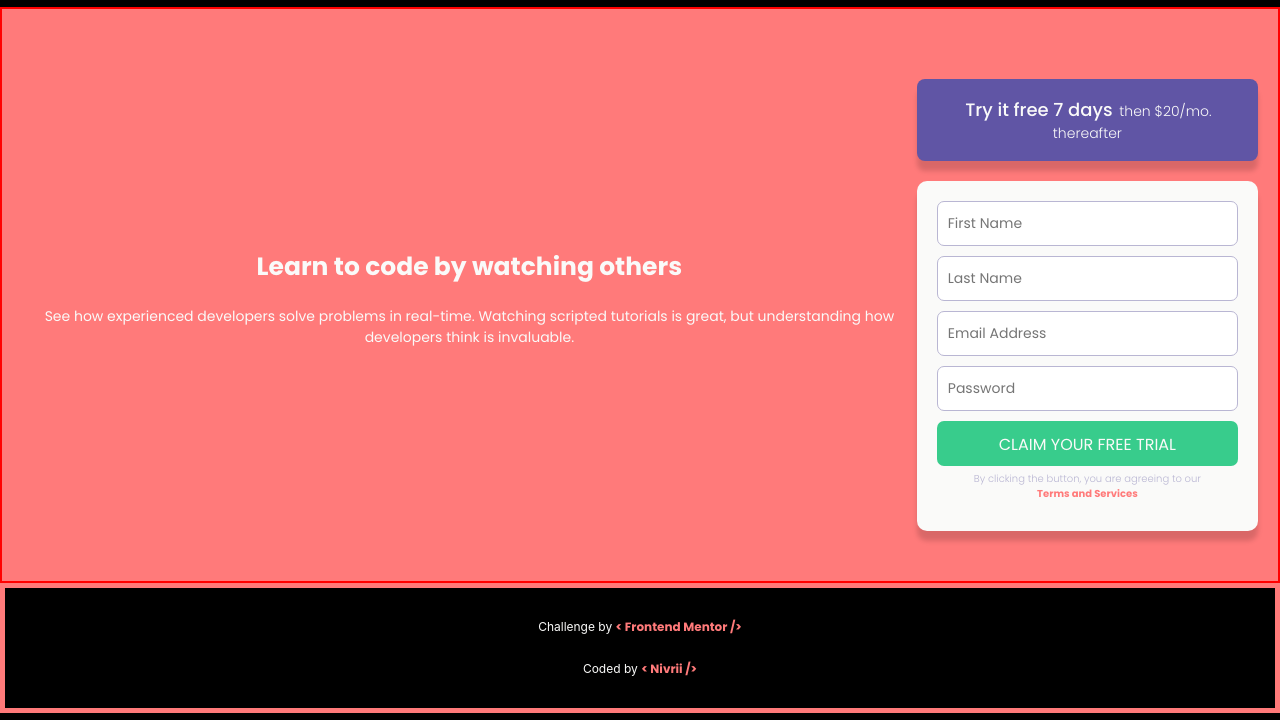
Repository: nivrii/intro-component-with-signup
Page: /
An editor plug-in stored every save of this project. The page is shown before and after the next save, followed by the edit.
The browser window is 1280 px wide. The pictures show the whole page.
The project was rebuilt for these pictures with package versions that can differ from the ones it lists, and the page was loaded fresh each time. Also part of the build but not shown: vite.config.js.

Above is the page before, as saved 2023-10-20 20:45:36.

### src/App.jsx
import Container from "./Container/Container";
import { Footer } from "./Footer/Footer";

import "./App.css";
import { useState } from "react";

function App() {
  const [userArray, setUserArray] = useState({});
  return (
    <div className="UI">
      <Container userArray={userArray} setUserArray={setUserArray} />
      <Footer />
    </div>
  );
}

export default App;

### src/Container/Container.jsx
/* eslint-disable react/prop-types */
import { Form } from "./Form/Form";
import { Card } from "./Card/Card";
import { Content } from "./Content/Content";

const Container = (props) => {
  const { userArray, setUserArray } = props;
  return (
    <div className="container">
      <Content />
      <div className="media__container">
        <Card />
        <Form userArray={userArray} setUserArray={setUserArray} />
      </div>
    </div>
  );
};
export default Container;

### src/Footer/Footer.jsx
import "./Footer.css";
export function Footer() {
  const frontend = '< Frontend Mentor />';
  const coder = "< Nivrii />";
  return (
    <footer>
      <p className="attribution">
        Challenge by{" "}
        <a
          href="https://www.frontendmentor.io?ref=challenge"
          target="_blank"
          rel="noreferrer"
        >
          {frontend}
        </a>
        </p>
        <p className="attribution">
         Coded by{" "}
        <a href="https://github.com/nivrii/intro-component-with-signup">
          {coder}
        </a>
      </p>
    </footer>
  );
}

### src/App.css
* {
  box-sizing: border-box;
  border: 0;
  padding: 0;
}
:root {
  /*Primary colors*/
  --red: hsl(0, 100%, 74%);
  --green: hsl(154, 59%, 51%);
  /*Accent colors*/
  --blue: hsl(248, 32%, 49%);
  --white: #fafaf9;
  /*Neutral colors*/
  --dark-blue: hsl(249, 10%, 26%);
  --grayish-blue: hsl(246, 25%, 77%);
  /*typography*/
  --fSize: 14px;
  --w4: 400;
  --w5: 500;
  --w6: 600;
  --w7: 700;
}
@font-face {
  font-family: "Poppins-bold";
  src: url(./assets/Fonts/poppins/Poppins-Bold.otf) format("opentype");
}
@font-face {
  font-family: "Poppins-regular";
  src: url(./assets/Fonts/poppins/Poppins-Regular.otf) format("opentype");
}
@font-face {
  font-family: "Poppins-medium";
  src: url(./assets/Fonts/poppins/Poppins-Medium.otf) format("opentype");
}
@font-face {
  font-family: "Poppins-light";
  src: url(./assets/Fonts/poppins/Poppins-Light.otf) format("opentype");
}
body {
  background-color: #000;
}
.UI {
  display: flex;
  flex-direction: column;
}
.container {
  display: flex;
  flex-direction: column;
  align-items: center;
  justify-content: center;
  width: 100%;
  min-height: 80vh;
  background-color: var(--red);
  padding: 50px 20px 70px;
  margin: 0;
  border: 1px solid var(--red);
}
.close {
  display: none;
}
@media screen and (min-width: 768px) {
  .container {
    flex-direction: row;
    justify-content: space-between;
    padding: 20px;
    border:2px solid red;
  }
}

### src/Container/Form/Form.jsx
/* eslint-disable no-useless-escape */
/* eslint-disable react/prop-types */
import "./Form.css";
import Success from "./Success/Success";
import { useEffect, useState } from "react";
import errorIcon from "../../../public/images/icon-error.svg";

export function Form({ userArray, setUserArray }) {
  const [fName, setFName] = useState("");
  const [lName, setLName] = useState("");
  const [email, setEmail] = useState("");
  const [password, setPassword] = useState("");

  const [fNameEmpty, setFNameEmpty] = useState(false);
  const [lNameEmpty, setLNameEmpty] = useState(false);
  const [emailEmpty, setEmailEmpty] = useState(false);
  const [emailPass, setEmailPass] = useState(false);
  const [passEmpty, setPassEmpty] = useState(false);

  const handleFirstName = (e) => {
    e.preventDefault();
    let value = e.target.value;
    value === "" ? setFNameEmpty(true) : setFNameEmpty(false);
    setFName(value);
  };
  const handleLastName = (e) => {
    e.preventDefault();
    let value = e.target.value;
    value === "" ? setLNameEmpty(true) : setLNameEmpty(false);
    setLName(value);
  };
  const handleEmail = (e) => {
    e.preventDefault();
    let value = e.target.value.trim();
    if (value === "") {
      document.querySelector(".email-input").classList.add("input-error");
      setEmailEmpty(true);
    } else {
      setEmailEmpty(false);
    }
    const regex = /^[a-zA-Z0-9._%+-]+@[a-zA-Z0-9-]+\.[a-zA-Z]{2,6}$/;
    if (!email.match(regex)) {
      document.querySelector(".email-input").classList.add("input-error");
      document.querySelector(".miss-email").classList.remove("close");
      document.querySelector(".miss-email").classList.add("err");
      setEmailPass(false);
    } else {
      document.querySelector(".email-input").classList.remove("input-error");
      document.querySelector(".miss-email").classList.add("close");
      document.querySelector(".miss-email").classList.remove("err");
      setEmailPass(true);
    }
    setEmail(value);
  };

  const handlePassword = (e) => {
    e.preventDefault();
    let value = e.target.value;
    value === "" ? setPassEmpty(true) : setPassEmpty(false);
    setPassword(value);
  };
  const handleSubmit = (e) => {
    e.preventDefault();
    if (fName === "") {
      setFNameEmpty(true);
      document.querySelector(".fName-input").classList.add("input-error");
      return;
    }
    if (lName === "") {
      setLNameEmpty(true);
      document.querySelector(".lName-input").classList.add("input-error");
      return;
    }
    if (email === "") {
      setEmailEmpty(true);
      document.querySelector(".email-input").classList.add("input-error");
      return;
    }
    if (!emailPass) {
      document.querySelector(".email-input").classList.add("input-error");
      setEmailEmpty(false);
      return;
    }
    if (password === "") {
      setPassEmpty(true);
      document.querySelector(".password-input").classList.add("input-error");
      return;
    } else {
      setEmailPass(true);
      setUserArray({
        fName: fName,
        lName: lName,
        email: email,
      });
      setFName("");
      setEmail("");
      setLName("");
      setPassword("");
      document.querySelector("form").classList.add("close");
      document.querySelector(".card__content").classList.add("close");
      document.querySelector(".content").classList.add("close");
      document.querySelector(".success").classList.remove("close");
    }
  };
  useEffect(() => {
    console.log(userArray);
  }, [userArray]);

  return (
    <>
      <form
        action="submit"
        className="form"
        onSubmit={(e) => e.preventDefault()}
      >
        <div className="input-enclose">
          {fNameEmpty && (
            <img src={errorIcon} alt="error-icon" className="error-icon" />
          )}
          <input
            type="text"
            placeholder="First Name"
            value={fName}
            name={fName}
            className="input fName-input"
            onChange={(e) => handleFirstName(e)}
            onKeyDown={() =>
              document
                .querySelector(".fName-input")
                .classList.remove("input-error")
            }
          />
          <div className="err-enclose">
            {fNameEmpty && (
              <div className=" err err-fName">First Name Cannot Be Empty</div>
            )}
          </div>
        </div>

        <div className="input-enclose">
          {lNameEmpty && (
            <img src={errorIcon} alt="error-icon" className="error-icon" />
          )}
          <input
            type="text"
            placeholder="Last Name"
            value={lName}
            name={lName}
            className="input lName-input"
            onChange={(e) => handleLastName(e)}
            onKeyDown={() =>
              document
                .querySelector(".lName-input")
                .classList.remove("input-error")
            }
          />
          <div className="err-enclose">
            {lNameEmpty && (
              <div className=" err err-lName">Last Name Cannot Be Empty</div>
            )}
          </div>
        </div>

        <div className="input-enclose">
          {emailEmpty && (
            <img src={errorIcon} alt="error-icon" className="error-icon" />
          )}

          <input
            type="email"
            placeholder="Email Address"
            value={email}
            name={email}
            className="input email-input"
            onChange={(e) => handleEmail(e)}
            onKeyDown={() => {
              document
                .querySelector(".email-input")
                .classList.remove("input-error");
              document.querySelector(".miss-email").classList.add("close");
            }}
          />
          <div className="err-enclose">
            {emailEmpty && (
              <div className="err err-email">Email Cannot Be Empty</div>
            )}
            <div className="miss-email close">
              That does not look like an email
            </div>
          </div>
        </div>

        <div className="input-enclose">
          {passEmpty && (
            <img src={errorIcon} alt="error-icon" className="error-icon" />
          )}
          <input
            type="password"
            placeholder="Password"
            value={password}
            name={password}
            className="input password-input"
            onChange={(e) => handlePassword(e)}
            onKeyDown={() =>
              document
                .querySelector(".password-input")
                .classList.remove("input-error")
            }
          />
          <div className="err-enclose">
            {passEmpty && (
              <div className="  err err-password">Password Cannot Be Empty</div>
            )}
          </div>
        </div>

        <button type="submit" className="btn" onClick={(e) => handleSubmit(e)}>
          Claim your free trial
        </button>
        <div className="pWrap">
          <p>By clicking the button, you are agreeing to our</p>
          <p>Terms and Services</p>
        </div>
      </form>
      <Success userArray={userArray} />
    </>
  );
}

### src/Container/Card/Card.jsx
import "./Card.css";
export function Card() {
  return (
      <div className="card__content">
        <p><span>Try it free 7 days </span>
        then $20/mo. thereafter</p>
      </div>
  );
}

### src/Container/Content/Content.jsx
import "./Content.css";
export function Content() {
  return (
    <div className="content">
      <h4>Learn to code by watching others</h4>
      <p>
        See how experienced developers solve problems in real-time. Watching
        scripted tutorials is great, but understanding how developers think is
        invaluable.
      </p>
    </div>
  );
}

### src/Footer/Footer.css
@import url(../App.css);

footer {
  display: flex;
  flex-direction: column;
  align-items: center;
  justify-content: center;
  width: 100%;
  height: 18vh;
  background-color: #000;
  padding: 5px;
  border: 5px solid var(--red);
  margin-top: auto;
  & .attribution {
    color: var(--white);
    font-family: "Poppins-light" sans-serif;
    font-size: 12px;
    & a {
      color: var(--red);
      font-family: "Poppins-bold", sans-serif;
      text-decoration: none;
      &:hover {
        color: var(--white);
        text-decoration: line-through;
      }
    }
  }
}

### src/Container/Form/Form.css
@import url(../../App.css);
.close {
  display: none;
}
.form {
  display: flex;
  flex-direction: column;
  background-color: var(--white);
  width: 100%;
  margin-top: 15px;
  padding: 20px;
  gap: 10px;
  border-radius: 10px;
  box-shadow: 0 10px 5px rgba(0, 0, 0, 0.15);
  & .input,
  .btn {
    height: 45px;
    width: 100%;
    border-radius: 7px;
    font-family: "Poppins-regular", sans-serif;
    -webkit-transition: 0.5s;
    transition: 0.5s;
  }
  & .input-error {
    border: 1px solid var(--red) !important;
    color: var(--red) !important;
    outline: none;
    &:focus {
      border: 2px solid var(--red) !important;
    }
    &::placeholder {
      color: var(--red);
    }
  }
  & .input-enclose {
    display: flex;
    flex-direction: column;
    .input {
      border: 1px solid var(--grayish-blue);
      padding-left: 10px;
      font-size: var(--fSize);
    }
    & .err-enclose {
      display: flex;
      justify-content: flex-end;
      align-items: center;
      & .err {
        display: flex;
        justify-content: flex-end;
        align-items:center;
        color: var(--red);
        height: 20px;
        max-height: 80px;
        width: auto;
        right: 0;
        margin-left: calc(100% - width);
        padding: 5px;
        font-size: 10px;
        font-family: "Poppins-light", sans-serif;
        background-color: var(--white);
      }
    }
    & .error-icon {
      position: absolute;
      padding: 2px;
      right: 50px;
      width: 25px;
      height: 25px;
      margin-top: 10px;
      margin-right: 10px;
    }
  }
  & .btn {
    background-color: var(--green);
    color: var(--white);
    text-transform: uppercase;
    transition-duration: 0.3s;
    transition-timing-function: ease;
    &:hover {
      transform: scale(1.05);
    }
  }
  & .pWrap {
    padding: 10px;
    text-align: center;
    margin-top: -15px;
    & * {
      margin: 0;
      font-size: 10px;
    }
    & p:nth-child(1) {
      font-family: "Poppins-light", sans-serif;
      color: var(--grayish-blue);
    }
    & p:nth-child(2) {
      font-family: "Poppins-bold", sans-serif;
      color: var(--red);
    }
  }
}

### src/Container/Form/Success/Success.jsx
/* eslint-disable react/prop-types */
import "./Success.css";
import success from "../../../assets/images/icon-success.svg";
function Success({ userArray }) {
  const { lName, fName, email } = userArray;
  const goBack =()=>{
    document.querySelector("form").classList.remove("close");
      document.querySelector(".card__content").classList.remove("close");
      document.querySelector(".content").classList.remove("close");
      document.querySelector(".success").classList.add("close");
  }
  return (
    <div className="close success">
      <img src={success} alt="success" />
      <h4>
        Hello{" "}
        <span className="span__name">
          {fName} {lName}
        </span>
      </h4>
      <p>
        We have sent a confirmation email to{" "}
        <span className="span__email">{email}</span> .
      </p>
      <p>
        Thank you for subscribing, <button className="back" onClick={goBack}>click</button> to go back{" "}
        <br />
      </p>
    </div>
  );
}

export default Success;

### src/Container/Card/Card.css
@import url(../../App.css);

.card__content{
    width: 100%;
    background-color: var(--blue);
    border-radius: 8px;
    padding: 15px 40px;
    margin: 20px 0;
    box-shadow: 0 10px 5px rgba(0, 0, 0, 0.15);
    & *{
        color: var(--white);
        text-align: center;
        margin: 2px;
    }& span{
        font-size: 18px;
        font-family: 'Poppins-medium', sans-serif;
    }
    & p{
        font-family: 'Poppins-light', sans-serif;
        font-size: var(--fSize);

    }
}

### src/Container/Content/Content.css
@import url(../../App.css);

.content {
  & * {
    color: var(--white);
    text-align: center;
  }
  & h4 {
    font-size: 25px;
    margin: 20px;
    font-family: 'Poppins-bold', sans-serif;
  }
  & p {
    font-size: var(--fSize);
    font-family: 'Poppins-regular', sans-serif;
  }
}

### src/Container/Form/Success/Success.css
@import url(../../../App.css);

.success{
    display: flex;
    flex-direction: column;
    align-items: center;
    & img{
        height: 70px;
        width: 70px;
    }
    & h4{
        color:var(--white);
        font-family: 'Poppins-light', sans-serif;
        & .span__name{
            font-family: 'Poppins-bold', sans-serif;
            text-transform: uppercase;
        }
    }
    & p{
        text-align: center;
        font-family: 'Poppins-regular', sans-serif;
        font-size: 16px;
        & button{
            padding: 5px;
            border-radius: 3px;
            background-color: transparent;
            color:var(--white);
            font-size: 16px;
            margin-top: 10px;
            &:hover{
                background-color:var(--green);
                color:var(--white);
            }
        }
        & .span__email{
            text-decoration: underline;
            font-family: 'Poppins-bold', sans-serif;
        }
    }
}

Loaded but not shown: index.html (common file); src/main.jsx (common file); src/index.css (common file)

After the next save:
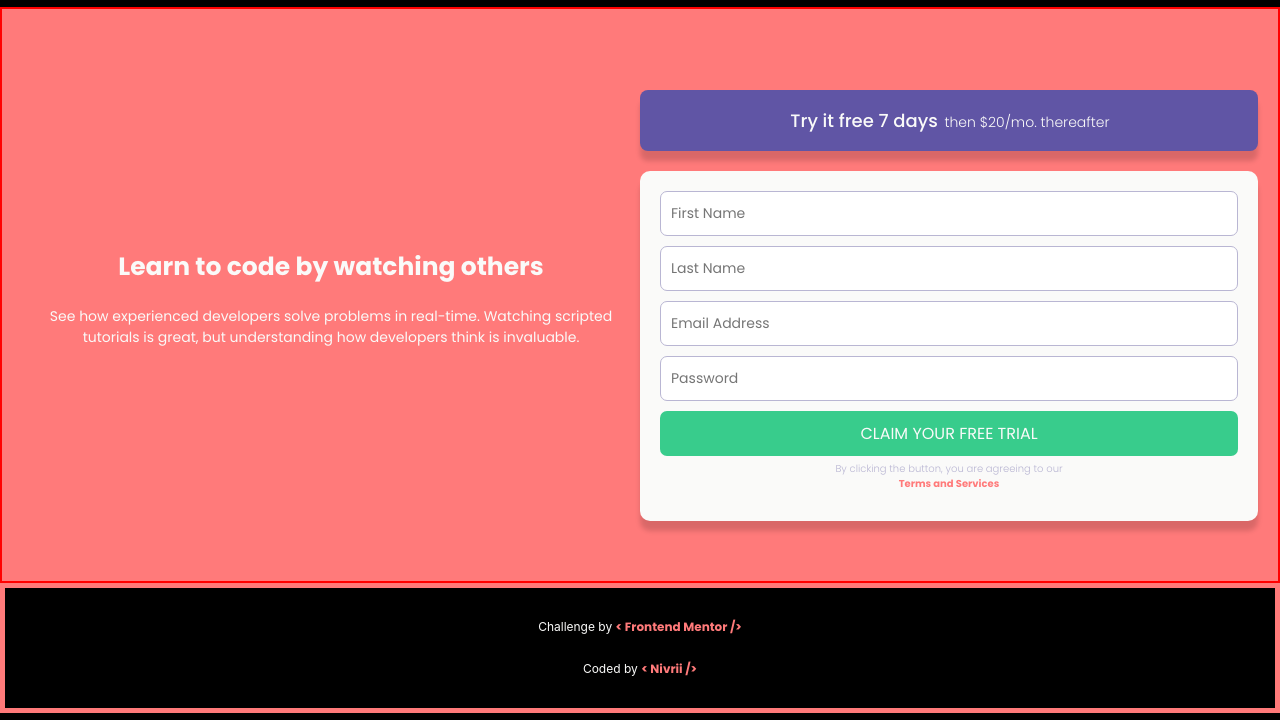
Saved 61 s later.
--- a/src/App.css
+++ b/src/App.css
@@ -60,8 +60,8 @@ body {
 }
 @media screen and (min-width: 768px) {
   .container {
-    flex-direction: row;
-    justify-content: space-between;
+    display: grid;
+    grid-template-columns: repeat(2, 1fr);
     padding: 20px;
     border:2px solid red;
   }
